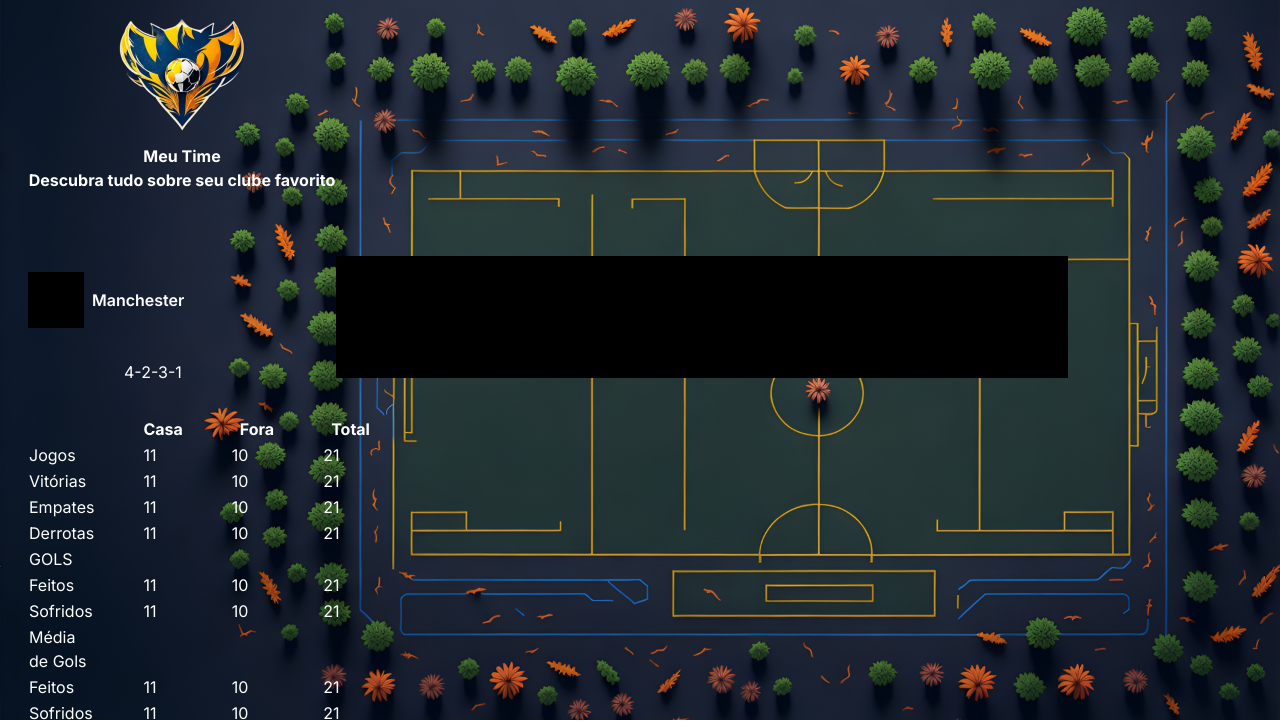
Repository: LuizAGDomingues/MeuTimeApp
Page: /statistics
An editor plug-in stored every save of this project. The page is shown before and after the next save, followed by the edit.
The browser window is 1280 px wide. The pictures show the whole page.
The project was rebuilt for these pictures with package versions that can differ from the ones it lists, and the page was loaded fresh each time. The framework's server and built-in components were replaced by stand-ins that run in the browser. Also part of the build but not shown: next.config.js.

Above is the page before, as saved 2023-05-26 14:18:16.

After the next save:
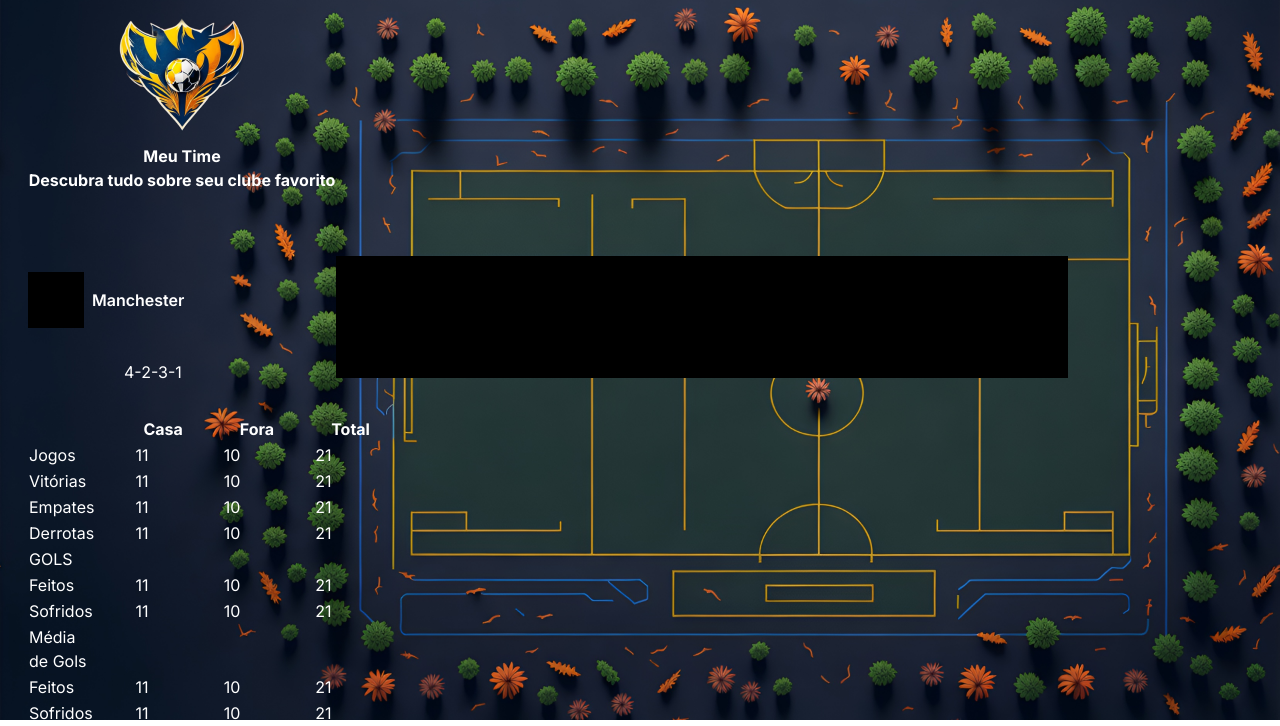
Saved 16 s later.
--- a/src/app/statistics/page.tsx
+++ b/src/app/statistics/page.tsx
@@ -72,27 +72,27 @@
             <tbody>
               <tr>
                 <td>Jogos</td>
-                <td className="pl-12">11</td>
-                <td className="pl-12">10</td>
-                <td className="pl-12">21</td>
+                <td className="pl-10">11</td>
+                <td className="pl-10">10</td>
+                <td className="pl-10">21</td>
               </tr>
               <tr>
                 <td>Vitórias</td>
-                <td className="pl-12">11</td>
-                <td className="pl-12">10</td>
-                <td className="pl-12">21</td>
+                <td className="pl-10">11</td>
+                <td className="pl-10">10</td>
+                <td className="pl-10">21</td>
               </tr>
               <tr>
                 <td>Empates</td>
-                <td className="pl-12">11</td>
-                <td className="pl-12">10</td>
-                <td className="pl-12">21</td>
+                <td className="pl-10">11</td>
+                <td className="pl-10">10</td>
+                <td className="pl-10">21</td>
               </tr>
               <tr>
                 <td>Derrotas</td>
-                <td className="pl-12">11</td>
-                <td className="pl-12">10</td>
-                <td className="pl-12">21</td>
+                <td className="pl-10">11</td>
+                <td className="pl-10">10</td>
+                <td className="pl-10">21</td>
               </tr>
 
               <tr>
@@ -100,15 +100,15 @@
               </tr>
               <tr>
                 <td>Feitos</td>
-                <td className="pl-12">11</td>
-                <td className="pl-12">10</td>
-                <td className="pl-12">21</td>
+                <td className="pl-10">11</td>
+                <td className="pl-10">10</td>
+                <td className="pl-10">21</td>
               </tr>
               <tr>
                 <td>Sofridos</td>
-                <td className="pl-12">11</td>
-                <td className="pl-12">10</td>
-                <td className="pl-12">21</td>
+                <td className="pl-10">11</td>
+                <td className="pl-10">10</td>
+                <td className="pl-10">21</td>
               </tr>
 
               <tr>
@@ -116,15 +116,15 @@
               </tr>
               <tr>
                 <td>Feitos</td>
-                <td className="pl-12">11</td>
-                <td className="pl-12">10</td>
-                <td className="pl-12">21</td>
+                <td className="pl-10">11</td>
+                <td className="pl-10">10</td>
+                <td className="pl-10">21</td>
               </tr>
               <tr>
                 <td>Sofridos</td>
-                <td className="pl-12">11</td>
-                <td className="pl-12">10</td>
-                <td className="pl-12">21</td>
+                <td className="pl-10">11</td>
+                <td className="pl-10">10</td>
+                <td className="pl-10">21</td>
               </tr>
             </tbody>
           </table>

After the save that followed:
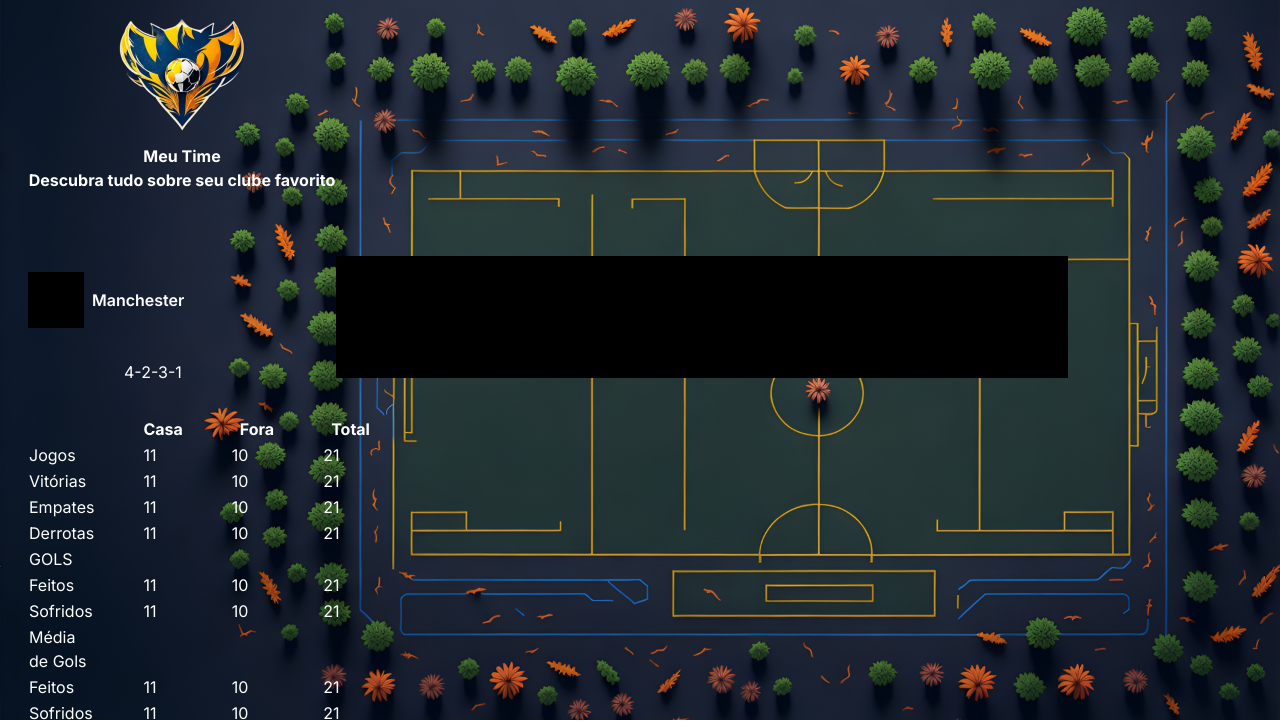
Saved 10 s later.
--- a/src/app/statistics/page.tsx
+++ b/src/app/statistics/page.tsx
@@ -72,27 +72,27 @@
             <tbody>
               <tr>
                 <td>Jogos</td>
-                <td className="pl-10">11</td>
-                <td className="pl-10">10</td>
-                <td className="pl-10">21</td>
+                <td className="pl-12">11</td>
+                <td className="pl-12">10</td>
+                <td className="pl-12">21</td>
               </tr>
               <tr>
                 <td>Vitórias</td>
-                <td className="pl-10">11</td>
-                <td className="pl-10">10</td>
-                <td className="pl-10">21</td>
+                <td className="pl-12">11</td>
+                <td className="pl-12">10</td>
+                <td className="pl-12">21</td>
               </tr>
               <tr>
                 <td>Empates</td>
-                <td className="pl-10">11</td>
-                <td className="pl-10">10</td>
-                <td className="pl-10">21</td>
+                <td className="pl-12">11</td>
+                <td className="pl-12">10</td>
+                <td className="pl-12">21</td>
               </tr>
               <tr>
                 <td>Derrotas</td>
-                <td className="pl-10">11</td>
-                <td className="pl-10">10</td>
-                <td className="pl-10">21</td>
+                <td className="pl-12">11</td>
+                <td className="pl-12">10</td>
+                <td className="pl-12">21</td>
               </tr>
 
               <tr>
@@ -100,15 +100,15 @@
               </tr>
               <tr>
                 <td>Feitos</td>
-                <td className="pl-10">11</td>
-                <td className="pl-10">10</td>
-                <td className="pl-10">21</td>
+                <td className="pl-12">11</td>
+                <td className="pl-12">10</td>
+                <td className="pl-12">21</td>
               </tr>
               <tr>
                 <td>Sofridos</td>
-                <td className="pl-10">11</td>
-                <td className="pl-10">10</td>
-                <td className="pl-10">21</td>
+                <td className="pl-12">11</td>
+                <td className="pl-12">10</td>
+                <td className="pl-12">21</td>
               </tr>
 
               <tr>
@@ -116,15 +116,15 @@
               </tr>
               <tr>
                 <td>Feitos</td>
-                <td className="pl-10">11</td>
-                <td className="pl-10">10</td>
-                <td className="pl-10">21</td>
+                <td className="pl-12">11</td>
+                <td className="pl-12">10</td>
+                <td className="pl-12">21</td>
               </tr>
               <tr>
                 <td>Sofridos</td>
-                <td className="pl-10">11</td>
-                <td className="pl-10">10</td>
-                <td className="pl-10">21</td>
+                <td className="pl-12">11</td>
+                <td className="pl-12">10</td>
+                <td className="pl-12">21</td>
               </tr>
             </tbody>
           </table>
